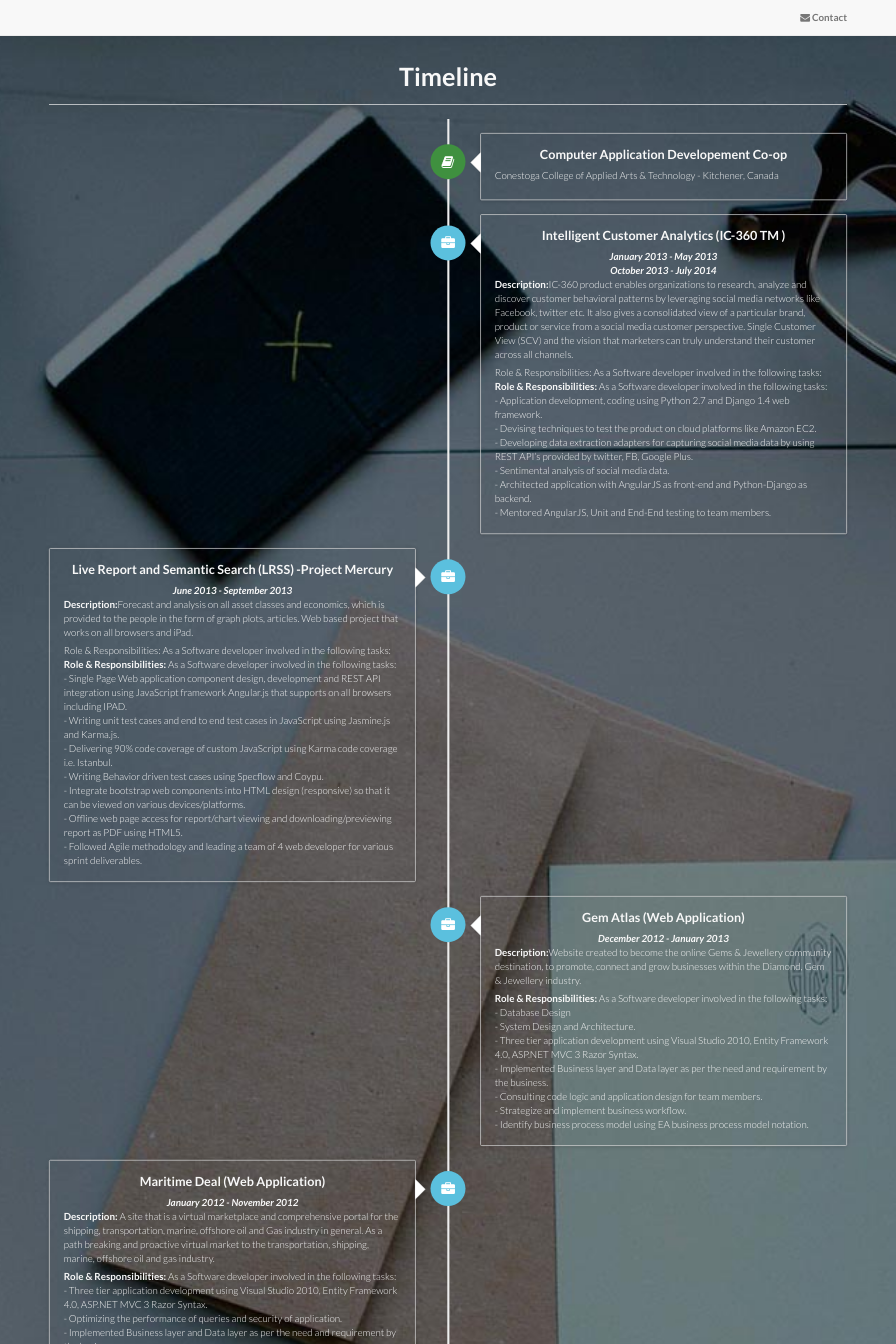
Repository: zahidmak/zahidmak.github.io
Page: portfolio.html
The author's editor kept a record of every edit. The page is drawn from the files as they stood at one moment, then again after the next edit.
The browser window is 1280 px wide. The pictures show the part of the page from y = 0 to 1920 px (the page is 2696 px tall before and 2716 px after), at 70% of full size.

Above is the page before.

### portfolio.html
<!DOCTYPE html>
<html lang="en">

<head>

    <meta charset="utf-8">
    <meta http-equiv="X-UA-Compatible" content="IE=edge">
    <meta name="viewport" content="width=device-width, initial-scale=1">
    <meta name="description" content="">
    <meta name="author" content="">

    <title>Zahidali - Software Developer</title>

    <!-- Bootstrap Core CSS -->
    <link href="css/bootstrap.min.css" rel="stylesheet">

    <!-- Custom CSS -->
    <link href="css/landing-page.css" rel="stylesheet">

    <!-- Custom Fonts -->
    <link href="font-awesome-4.1.0/css/font-awesome.min.css" rel="stylesheet" type="text/css">
    <link href="css/style.css" rel="stylesheet" type="text/css" />
    <link href="http://fonts.googleapis.com/css?family=Lato:300,400,700,300italic,400italic,700italic" rel="stylesheet" type="text/css">

    <!-- HTML5 Shim and Respond.js IE8 support of HTML5 elements and media queries -->
    <!-- WARNING: Respond.js doesn't work if you view the page via file:// -->
    <!--[if lt IE 9]>
        <script src="https://oss.maxcdn.com/libs/html5shiv/3.7.0/html5shiv.js"></script>
        <script src="https://oss.maxcdn.com/libs/respond.js/1.4.2/respond.min.js"></script>
    <![endif]-->
    <script>
        (function(i, s, o, g, r, a, m) {
            i['GoogleAnalyticsObject'] = r;
            i[r] = i[r] || function() {
                (i[r].q = i[r].q || []).push(arguments)
            }, i[r].l = 1 * new Date();
            a = s.createElement(o),
                m = s.getElementsByTagName(o)[0];
            a.async = 1;
            a.src = g;
            m.parentNode.insertBefore(a, m)
        })(window, document, 'script', '//www.google-analytics.com/analytics.js', 'ga');

        ga('create', 'UA-57121421-1', 'auto');
        ga('send', 'pageview');
    </script>
    <style type="text/css">
        p {
            font-weight: 100;
        }
        body {
            background: none !important;
        }
    </style>
</head>

<body>

    <!-- Navigation -->
    <nav class="navbar navbar-default navbar-fixed-top" role="navigation">
        <div class="container">
            <!-- Brand and toggle get grouped for better mobile display -->
            <div class="navbar-header">
                <button type="button" class="navbar-toggle" data-toggle="collapse" data-target="#bs-example-navbar-collapse-1">
                    <span class="sr-only">Toggle navigation</span>
                    <span class="icon-bar"></span>
                    <span class="icon-bar"></span>
                    <span class="icon-bar"></span>
                </button>
                <!--   <a class="navbar-brand" href="#">Start Bootstrap</a> -->
            </div>
            <!-- Collect the nav links, forms, and other content for toggling -->
            <div class="collapse navbar-collapse" id="bs-example-navbar-collapse-1">
                <ul class="nav navbar-nav navbar-right">
                    <!-- <li>
                        <a href="#">About</a>
                    </li>
                    <li>
                        <a href="#">Portfolio</a>
                    </li> -->
                    <li>
                        <a href="mailto:zahid2304@gmail.com"><i class="fa fa-envelope"></i> Contact</a>
                    </li>
                </ul>
            </div>
            <!-- /.navbar-collapse -->
        </div>
        <!-- /.container -->
    </nav>

    <!-- Header -->
    <div class="intro-header">

        <div class="container">
            <div class="page-header">
                <h1 id="timeline">Timeline</h1>
            </div>
            <ul class="timeline">
                   <li class="timeline-inverted">
                    <div class="timeline-badge success"><i class="fa fa-book"></i>
                    </div>
                    <div class="timeline-panel">
                        <div class="timeline-heading">
                            <h4 class="timeline-title">Computer Application Developement Co-op</h4>
                        </div>
                        <div class="timeline-body" style="text-align:left;">
                            <p> Conestoga College of Applied Arts & Technology - Kitchener, Canada</p>

                            </p>
                        </div>
                    </div>
                </li>
               <li class="timeline-inverted">
                    <div class="timeline-badge info"><i class="fa fa-briefcase"></i>
                    </div>
                    <div class="timeline-panel">
                        <div class="timeline-heading">
                            <h4 class="timeline-title">Intelligent Customer Analytics (IC-360 TM )</h4>
                            <i>January 2013 - May 2013</i><br>
                              <i>October 2013 - July 2014</i>
                        </div>
                        <div class="timeline-body" style="text-align:left;">
                            <p><b>Description:</b>IC-360 product enables organizations to research, analyze and discover customer behavioral patterns by leveraging social media networks like Facebook, twitter etc. It also gives a consolidated view of a particular brand, product or service from a social media customer perspective. Single Customer View (SCV) and the vision that marketers can truly understand their customer across all channels.</p>
                            <p>

                                Role & Responsibilities: As a Software developer involved in the following tasks:
                                <b>Role & Responsibilities:</b> As a Software developer involved in the following tasks:
                                <br> - Application development, coding using Python 2.7 and Django 1.4 web framework.
                                <br> - Devising techniques to test the product on cloud platforms like Amazon EC2.
                                <br> - Developing data extraction adapters for capturing social media data by using REST API’s provided by twitter, FB, Google Plus.
                                <br> - Sentimental analysis of social media data.
                                <br> - Architected application with AngularJS as front-end and Python-Django as backend.
                                <br> - Mentored AngularJS, Unit and End-End testing to team members.
                                <br>
                        </div>
                    </div>
                </li>
                <li>
                    <div class="timeline-badge info"><i class="fa fa-briefcase"></i>
                    </div>
                    <div class="timeline-panel">
                        <div class="timeline-heading">
                            <h4 class="timeline-title">Live Report and Semantic Search (LRSS) -Project Mercury</h4>
                            <i>June 2013 - September 2013</i>
                        </div>
                        <div class="timeline-body" style="text-align:left;">
                            <p><b>Description:</b>Forecast and analysis on all asset classes and economics, which is provided to the people in the form of graph plots, articles. Web based project that works on all browsers and iPad.</p>
                            <p>
                                Role & Responsibilities: As a Software developer involved in the following tasks:
                                <b>Role & Responsibilities:</b> As a Software developer involved in the following tasks:
                                <br> - Single Page Web application component design, development and REST API integration using JavaScript framework Angular.js that supports on all browsers including IPAD.
                                <br> - Writing unit test cases and end to end test cases in JavaScript using Jasmine.js and Karma.js.
                                <br> - Delivering 90% code coverage of custom JavaScript using Karma code coverage i.e. Istanbul.
                                <br> - Writing Behavior driven test cases using Specflow and Coypu.
                                <br> - Integrate bootstrap web components into HTML design (responsive) so that it can be viewed on various devices/platforms.
                                <br> - Offline web page access for report/chart viewing and downloading/previewing report as PDF using HTML5.
                                <br> - Followed Agile methodology and leading a team of 4 web developer for various sprint deliverables.
                                <br>
                        </div>
                    </div>
                </li>
                <li class="timeline-inverted">
                    <div class="timeline-badge info"><i class="fa fa-briefcase"></i>
                    </div>
                    <div class="timeline-panel">
                        <div class="timeline-heading">
                            <h4 class="timeline-title">Gem Atlas (Web Application)</h4>
                            <i>December 2012 - January 2013</i>
                        </div>
                        <div class="timeline-body" style="text-align:left;">
                            <p><b>Description:</b>Website created to become the online Gems & Jewellery community destination, to promote, connect and grow businesses within the Diamond, Gem & Jewellery industry.</p>
                            <p>

                                <b>Role & Responsibilities:</b> As a Software developer involved in the following tasks:
                                <br> - Database Design
                                <br> - System Design and Architecture.
                                <br> - Three tier application development using Visual Studio 2010, Entity Framework 4.0, ASP.NET MVC 3 Razor Syntax.
                                <br> - Implemented Business layer and Data layer as per the need and requirement by the business.
                                <br> - Consulting code logic and application design for team members.
                                <br> - Strategize and implement business workflow.
                                <br> - Identify business process model using EA business process model notation.
                                <br>
                        </div>
                    </div>
                </li>
                <li>
                    <div class="timeline-badge info"><i class="fa fa-briefcase"></i>
                    </div>
                    <div class="timeline-panel">
                        <div class="timeline-heading">
                            <h4 class="timeline-title">Maritime Deal (Web Application)</h4>
                            <i>January 2012 - November 2012</i>
                        </div>
                        <div class="timeline-body" style="text-align:left;">
                            <p><b>Description:</b> A site that is a virtual marketplace and comprehensive portal for the shipping, transportation, marine, offshore oil and Gas industry in general. As a path breaking and proactive virtual market to the transportation,
                                shipping, marine, offshore oil and gas industry.</p>
                            <p> <b>Role & Responsibilities:</b> As a Software developer involved in the following tasks:
                                <br> - Three tier application development using Visual Studio 2010, Entity Framework 4.0, ASP.NET MVC 3 Razor Syntax.
                                <br> - Optimizing the performance of queries and security of application.
                                <br> - Implemented Business layer and Data layer as per the need and requirement by the business.
                                <br> - Consulting code logic and application design for team members.
                                <br> - Strategize and implement business workflow.
                                <br> - Integrate social network plug-in.
                                <br> - Identify business process model using EA business process model notation.
                                <br> - Building deployment package and deployment on IIS Server.</p>
                        </div>
                    </div>
                </li>
                <li class="timeline-inverted">
                    <div class="timeline-badge info"><i class="fa fa-briefcase"></i>
                    </div>
                    <div class="timeline-panel">
                        <div class="timeline-heading">
                            <h4 class="timeline-title">Software Developer</h4>
                            <div class="timeline-body">
                                <p>e-Cognosys Information Systems 2011-2014</p>
                            </div>
                        </div>
                        <div class="timeline-body">

                        </div>
                    </div>
                </li>
                <li>
                    <div class="timeline-badge info"><i class="fa fa-briefcase"></i>
                    </div>
                    <div class="timeline-panel">
                        <div class="timeline-heading">
                            <h4 class="timeline-title">PCB Design & Layout Engineer</h4>
                        </div>
                        <div class="timeline-body">
                            <p> Electronic Clique 2010-2011</p>
                        </div>
                    </div>
                </li>
                <li class="timeline-inverted">
                    <div class="timeline-badge success"><i class="fa fa-book"></i>
                    </div>
                    <div class="timeline-panel">
                        <div class="timeline-heading">
                            <h4 class="timeline-title">Bachelor of Engineering (Electronics)</h4>
                        </div>
                        <div class="timeline-body" style="text-align:left;">
                            <p> Rizvi College of Engineering (University of Mumbai)</p>
                            <p><i class="fa fa-star"></i> Award for Academic excellence from Aga khan education services</p>
                            <p><i class="fa fa-star"></i>Award for Academic excellence from Sidhpur development foundation</p>
                            </p>
                        </div>
                    </div>
                </li>
            </ul>
        </div>
        <!-- /.container -->

    </div>
    <!-- /.intro-header -->

    <!-- Page Content -->

    <!-- <div class="content-section-a">

        <div class="container">

            <div class="row">
                <div class="col-lg-5 col-sm-6">
                    <hr class="section-heading-spacer">
                    <div class="clearfix"></div>
                    <h2 class="section-heading">Death to the Stock Photo:<br>Special Thanks</h2>
                    <p class="lead">A special thanks to <a target="_blank" href="http://join.deathtothestockphoto.com/">Death to the Stock Photo</a> for providing the photographs that you see in this template. Visit their website to become a member.</p>
                </div>
                <div class="col-lg-5 col-lg-offset-2 col-sm-6">
                    <img class="img-responsive" src="img/ipad.png" alt="">
                </div>
            </div>

        </div>


    </div>


    <div class="content-section-b">

        <div class="container">

            <div class="row">
                <div class="col-lg-5 col-lg-offset-1 col-sm-push-6  col-sm-6">
                    <hr class="section-heading-spacer">
                    <div class="clearfix"></div>
                    <h2 class="section-heading">3D Device Mockups<br>by PSDCovers</h2>
                    <p class="lead">Turn your 2D designs into high quality, 3D product shots in seconds using free Photoshop actions by <a target="_blank" href="http://www.psdcovers.com/">PSDCovers</a>! Visit their website to download some of their awesome, free photoshop actions!</p>
                </div>
                <div class="col-lg-5 col-sm-pull-6  col-sm-6">
                    <img class="img-responsive" src="img/dog.png" alt="">
                </div>
            </div>

        </div>


    </div>


    <div class="content-section-a">

        <div class="container">

            <div class="row">
                <div class="col-lg-5 col-sm-6">
                    <hr class="section-heading-spacer">
                    <div class="clearfix"></div>
                    <h2 class="section-heading">Google Web Fonts and<br>Font Awesome Icons</h2>
                    <p class="lead">This template features the 'Lato' font, part of the <a target="_blank" href="http://www.google.com/fonts">Google Web Font library</a>, as well as <a target="_blank" href="http://fontawesome.io">icons from Font Awesome</a>.</p>
                </div>
                <div class="col-lg-5 col-lg-offset-2 col-sm-6">
                    <img class="img-responsive" src="img/phones.png" alt="">
                </div>
            </div>

        </div>


    </div>


    <div class="banner">

        <div class="container">

            <div class="row">
                <div class="col-lg-6">
                    <h2>Connect to Start Bootstrap:</h2>
                </div>
                <div class="col-lg-6">
                    <ul class="list-inline banner-social-buttons">
                        <li>
                            <a href="https://twitter.com/SBootstrap" class="btn btn-default btn-lg"><i class="fa fa-twitter fa-fw"></i> <span class="network-name">Twitter</span></a>
                        </li>
                        <li>
                            <a href="https://github.com/IronSummitMedia/startbootstrap" class="btn btn-default btn-lg"><i class="fa fa-github fa-fw"></i> <span class="network-name">Github</span></a>
                        </li>
                        <li>
                            <a href="#" class="btn btn-default btn-lg"><i class="fa fa-linkedin fa-fw"></i> <span class="network-name">Linkedin</span></a>
                        </li>
                    </ul>
                </div>
            </div>

        </div>


    </div>
    <!-- /.banner -->

    <!-- Footer -->
    <footer>
        <div class="container">
            <div class="row">
                <div class="col-lg-12">
                    <ul class="list-inline">
                        <li>
                            <a href="#home">Home</a>
                        </li>
                        <li class="footer-menu-divider">&sdot;</li>
                        <li>
                            <a href="#about">About</a>
                        </li>
                        <li class="footer-menu-divider">&sdot;</li>
                        <li>
                            <a href="/portfolio.html">Portfolio</a>
                        </li>
                        <li class="footer-menu-divider">&sdot;</li>
                        <li>
                            <a href="mailto:zahid2304@gmail.com">Contact</a>
                        </li>
                    </ul>
                    <p class="copyright text-muted small">Copyright &copy; Zahidali 2015. All Rights Reserved</p>
                </div>
            </div>
        </div>
    </footer>

    <!-- jQuery Version 1.11.0 -->
    <script src="js/jquery-1.11.0.js"></script>

    <!-- Bootstrap Core JavaScript -->
    <script src="js/bootstrap.min.js"></script>

</body>

</html>

Loaded but not shown: css/bootstrap.min.css (library); font-awesome-4.1.0/css/font-awesome.min.css (library); js/jquery-1.11.0.js (library); js/bootstrap.min.js (library); css/style.css (183 lines, source omitted); css/landing-page.css (166 lines, source omitted)

After the next edit:
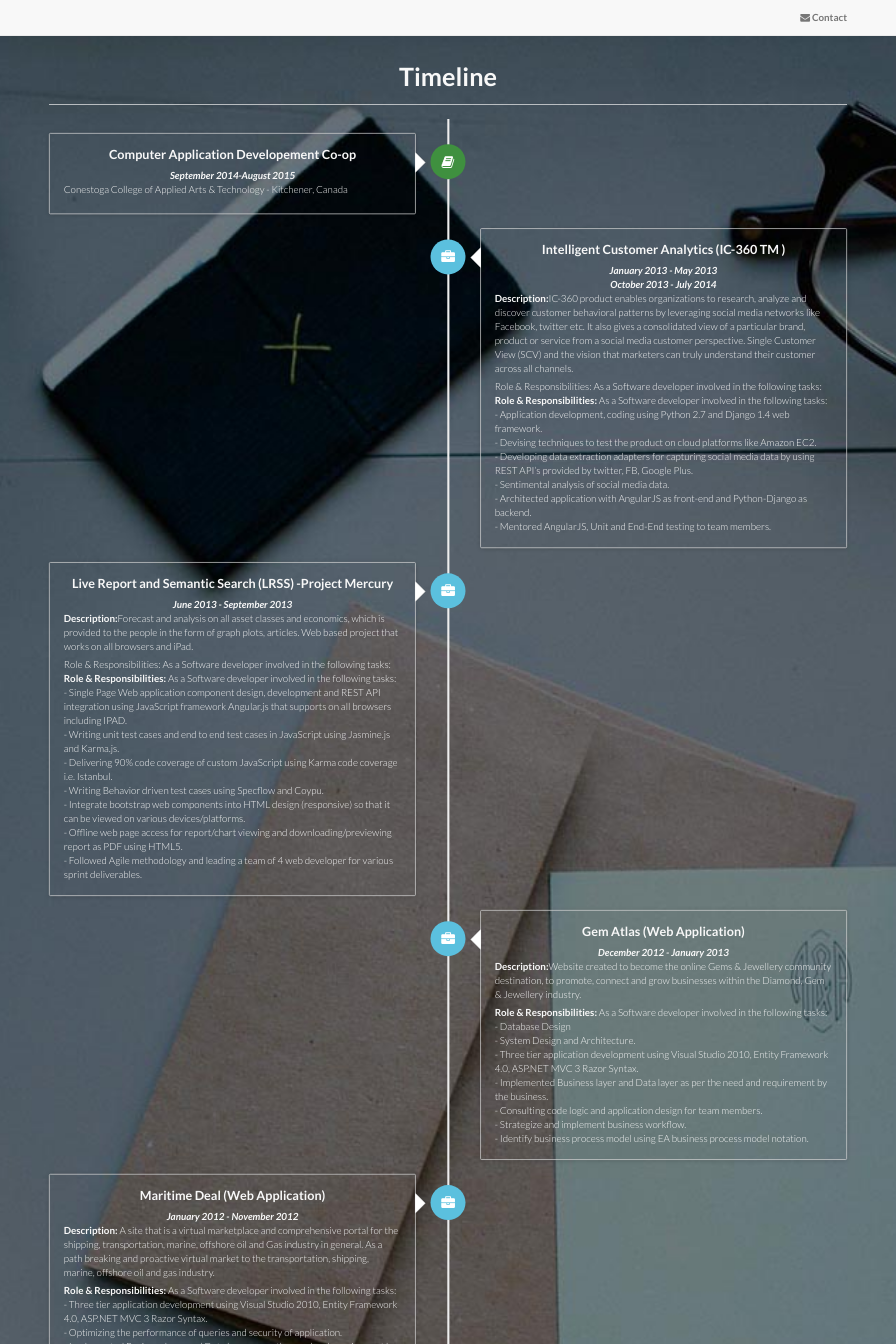
The edit:
--- a/portfolio.html
+++ b/portfolio.html
@@ -96,12 +96,13 @@
                 <h1 id="timeline">Timeline</h1>
             </div>
             <ul class="timeline">
-                   <li class="timeline-inverted">
+                <li>
                     <div class="timeline-badge success"><i class="fa fa-book"></i>
                     </div>
                     <div class="timeline-panel">
                         <div class="timeline-heading">
                             <h4 class="timeline-title">Computer Application Developement Co-op</h4>
+                            <i>September 2014-August 2015</i>
                         </div>
                         <div class="timeline-body" style="text-align:left;">
                             <p> Conestoga College of Applied Arts & Technology - Kitchener, Canada</p>
@@ -110,17 +111,19 @@
                         </div>
                     </div>
                 </li>
-               <li class="timeline-inverted">
+                <li class="timeline-inverted">
                     <div class="timeline-badge info"><i class="fa fa-briefcase"></i>
                     </div>
                     <div class="timeline-panel">
                         <div class="timeline-heading">
                             <h4 class="timeline-title">Intelligent Customer Analytics (IC-360 TM )</h4>
-                            <i>January 2013 - May 2013</i><br>
-                              <i>October 2013 - July 2014</i>
-                        </div>
-                        <div class="timeline-body" style="text-align:left;">
-                            <p><b>Description:</b>IC-360 product enables organizations to research, analyze and discover customer behavioral patterns by leveraging social media networks like Facebook, twitter etc. It also gives a consolidated view of a particular brand, product or service from a social media customer perspective. Single Customer View (SCV) and the vision that marketers can truly understand their customer across all channels.</p>
+                            <i>January 2013 - May 2013</i>
+                            <br>
+                            <i>October 2013 - July 2014</i>
+                        </div>
+                        <div class="timeline-body" style="text-align:left;">
+                            <p><b>Description:</b>IC-360 product enables organizations to research, analyze and discover customer behavioral patterns by leveraging social media networks like Facebook, twitter etc. It also gives a consolidated view of a particular
+                                brand, product or service from a social media customer perspective. Single Customer View (SCV) and the vision that marketers can truly understand their customer across all channels.</p>
                             <p>
 
                                 Role & Responsibilities: As a Software developer involved in the following tasks:
